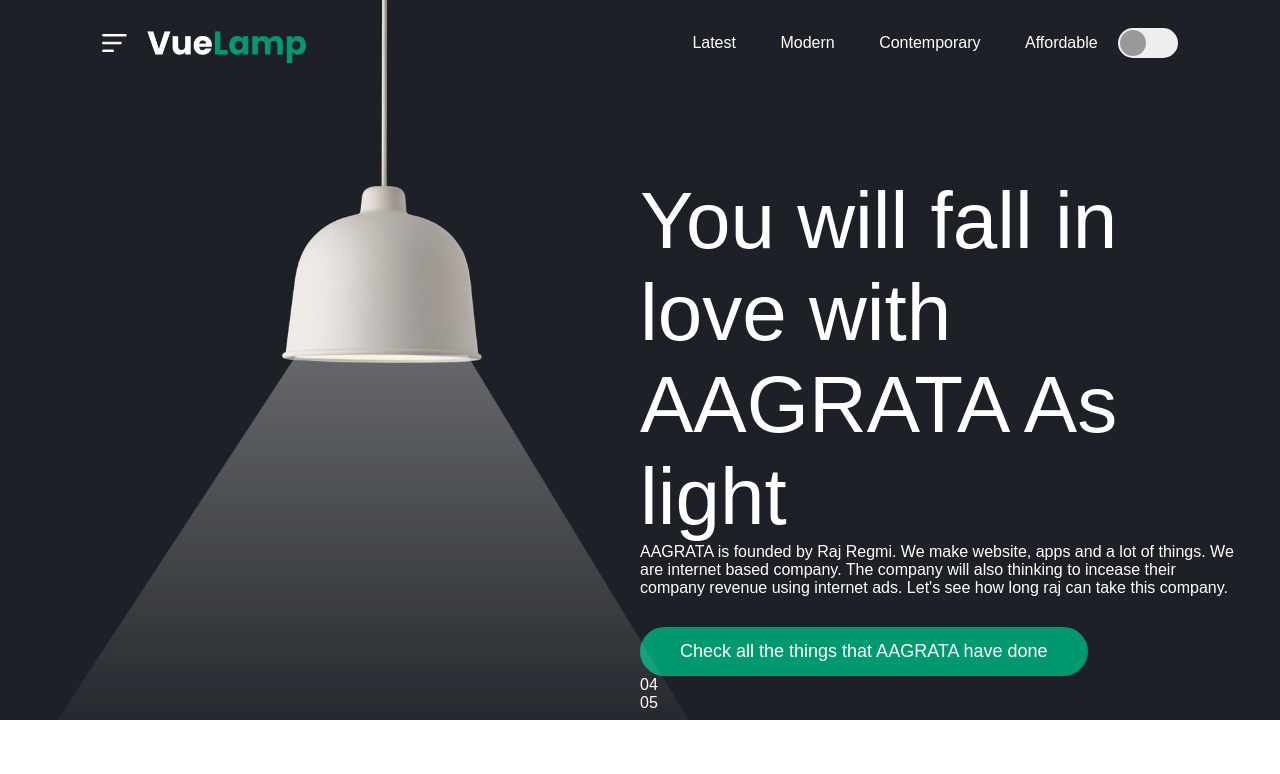
Repository: rajregmi98/newpro1
Page: index.html
An editor plug-in stored every save of this project. The page is shown before and after the next save, followed by the edit.
The browser window is 1280 px wide. The pictures show the whole page.

Above is the page before, as saved 2022-09-28 13:19:01.

### index.html
<!DOCTYPE html>
<html lang="en">
<head>
    <meta charset="UTF-8">
    <meta http-equiv="X-UA-Compatible" content="IE=edge">
    <meta name="viewport" content="width=device-width, initial-scale=1.0">
    <title>AAGRATA Product</title>
    <link rel="stylesheet" href="style.css">
</head>
<body>
    <div class="hero">
        <nav>
            <img src="images/menu.png" class="menu-img">
            <img src="images/logo.png" class="logo">
            <ul>
                <li><a href="">Latest</a></li>
                <li><a href="">Modern</a></li>
                <li><a href="">Contemporary</a></li>
                <li><a href="">Affordable</a></li>
            </ul>
            <button type="button"><span></span></button>
        </nav>

        <div class="lamp-container">
            <img src="images/lamp.png" class="lamp">
            <img src="images/light.png" class="light">
        </div>

        <div class="text-container">
            <h1>You will fall in love with <br> AAGRATA As light</h1>
            <p>AAGRATA is founded by Raj Regmi. We make website, apps and a lot of things. We are internet based company. The company will also thinking to incease their company revenue using internet ads. Let's see how long raj can take this company. </p>
            <a href=" "> Check all the things that AAGRATA have done</a>

            <div class="control">
                <p>04</p>
                <div class="line"><span></span></div>
                <p>05</p>
            </div>
        </div>

    </div>

</body>
</html>

### style.css
*{
    margin: 0;
    padding: 0;
    font-family: 'poppins', sans-serif;
    box-sizing: border-box;
}
.hero{
    background: #1d2026;
    height: 100vh;
    width: 100%;
    color: #fff;
    position: relative;
}
nav{
    display: flex;
    align-items: center;
    padding: 20px 8%;

}

nav .menu-img{
    width: 25px;
    margin-right: 20px;
    cursor: pointer;


}

nav .logo{
    width: 160px;
    cursor: pointer;
}

nav ul{
    flex: 1;
    text-align: right;

}

nav ul li{
    display: inline-block;
    list-style: none;
    margin: 0 20px;
}

nav ul li a {
    text-decoration: none;
    color: #fff;

}
button{
    background: #efefef;
    height: 30px;
    width: 60px;
    border-radius: 20px;
    border: 0;
    outline: 0;
    cursor: pointer;


}
button span{
    display: block;
    background: #999;
    height: 26px;
    width: 26px;
    border-radius: 50%;
    margin-left: 2px;

}

.lamp-container{
    position: absolute;
    top: -20px;
    left: 22%;
    width: 200px;

}

.lamp{
    width: 100%;

}

.light{
    position: absolute;
    top: 97%;
    left: 50%;
    transform: translateX(-50%);
    width: 700px;
    margin-left: -10px;
}

.text-container{
    max-width: 600px;
    margin-top: 7%;
    margin-left: 50%;
}

.text-container h1{
    font-size: 80px;
    font-weight: 400;

}

.text-container a {
    text-decoration: none;
    background: #00986f;
    padding: 14px 40px;
    display: inline-block;
    color: #fff;
    font-size: 18px;
    margin-top: 30px;
    border-radius: 30px;

}

After the next save:
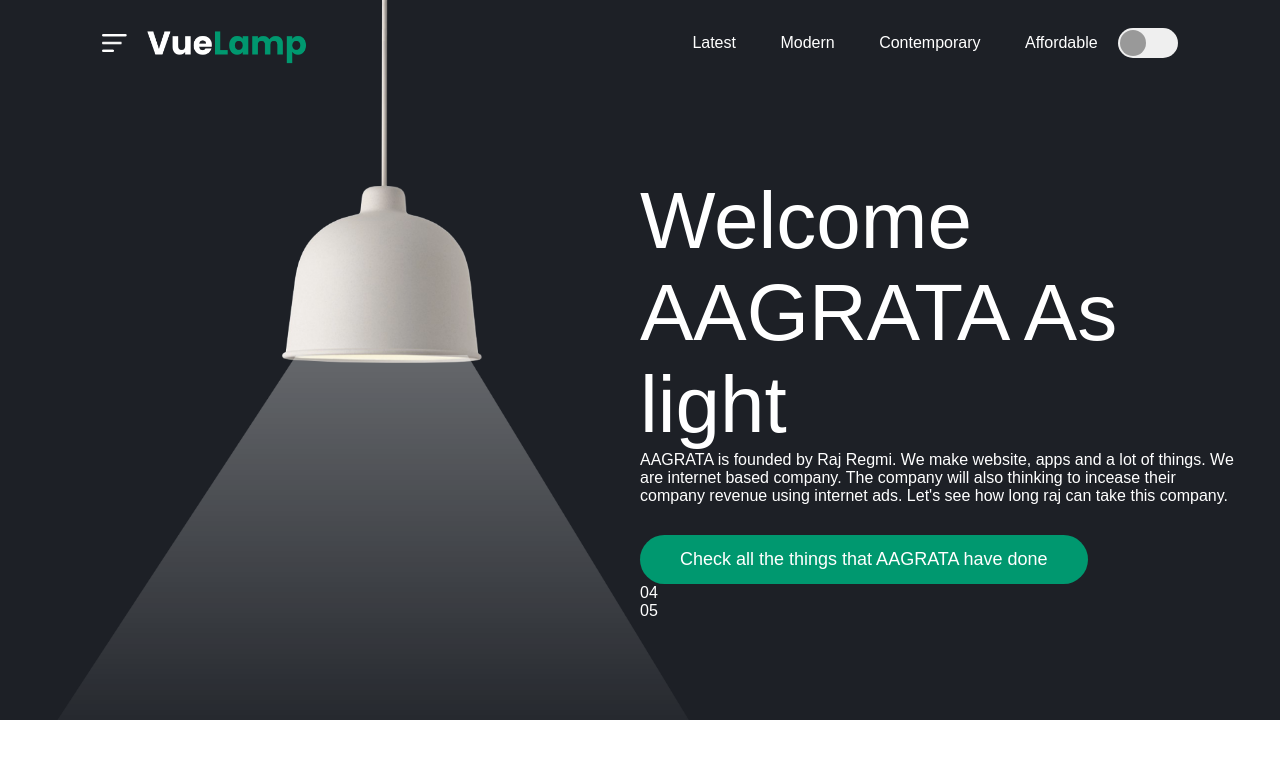
Saved 24 s later.
--- a/index.html
+++ b/index.html
@@ -27,7 +27,7 @@
         </div>
 
         <div class="text-container">
-            <h1>You will fall in love with <br> AAGRATA As light</h1>
+            <h1> Welcome <br> AAGRATA As light</h1>
             <p>AAGRATA is founded by Raj Regmi. We make website, apps and a lot of things. We are internet based company. The company will also thinking to incease their company revenue using internet ads. Let's see how long raj can take this company. </p>
             <a href=" "> Check all the things that AAGRATA have done</a>
 
